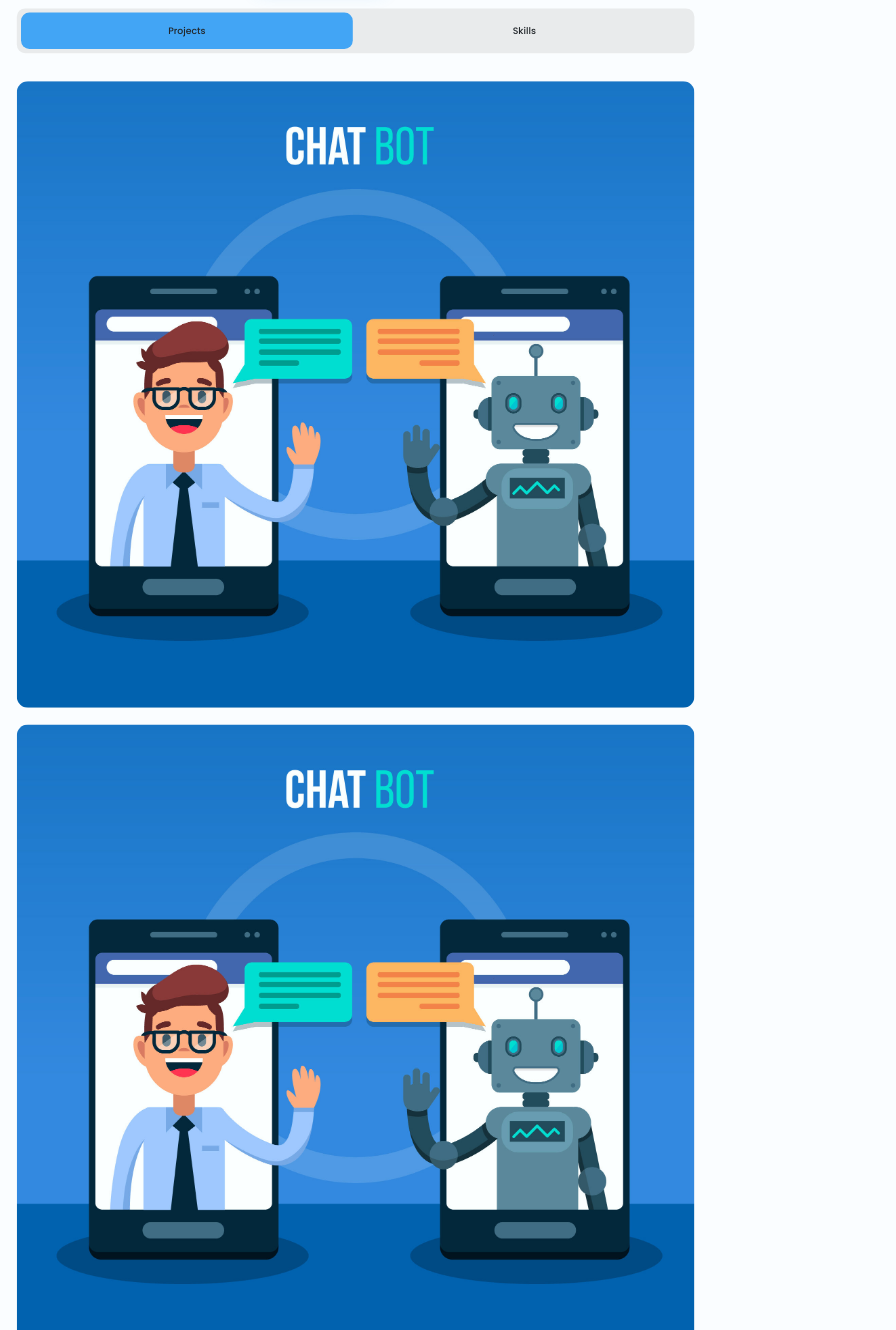
Repository: Kaii-Dev/Porfolio
Page: index.html
The author's editor kept a copy of each file at every save. The page is drawn from the files as they stood at one save, then again after a run of saves.
The browser window is 1280 px wide. The pictures show the part of the page from y = 490 to 2390 px (the page is 4258 px tall), at 70% of full size.
A picture or video elsewhere on the page could not be fetched, so the positions and the page height are approximate. Some web libraries are served in a nearby version.

Above is the page before, as saved 2022-04-12 17:46:14.

### index.html
<!DOCTYPE html>
<html lang="en">
  <head>
    <meta charset="UTF-8" />
    <meta http-equiv="X-UA-Compatible" content="IE=edge" />
    <meta name="viewport" content="width=device-width, initial-scale=1.0" />
    <title>Portfolio</title>
    <link
      href="https://cdn.jsdelivr.net/npm/remixicon@2.2.0/fonts/remixicon.css"
      rel="stylesheet"
    />
    <link rel="stylesheet" href="./Assets/css/app.css" />
  </head>
  <body>
    <!-- HEADER PROFILE -->
    <header class="profile container">
      <div class="profile__container grid">
        <div class="profile__data">
          <div class="profile__border">
            <div class="profile__perfil">
              <img src="./Assets/img/perfil.jpeg" alt="" />
            </div>
          </div>

          <h2 class="profile__name">Khai Le</h2>
          <h3 class="profile__profession">Front-End Developer</h3>
          <ul class="profile__social">
            <a
              href="https://www.linkedin.com/in/le-khai-68b2921b0/"
              target="_blank"
              class="profile__social-link"
            >
              <i class="ri-linkedin-box-line"></i>
            </a>
            <a
              href="https://www.facebook.com/lkakaizy"
              target="_blank"
              class="profile__social-link"
            >
              <i class="ri-facebook-circle-line"></i>
            </a>
            <a
              href="https://github.com/Kaii-Dev"
              target="_blank"
              class="profile__social-link"
            >
              <i class="ri-github-line"></i>
            </a>
          </ul>
        </div>
        <div class="profile__info grid">
          <div class="profile__info group">
            <h3 class="profile__info-number">2</h3>
            <p class="profile__info-description">
              Language <br />
              certification
            </p>
          </div>
          <div class="profile__info group">
            <h3 class="profile__info-number">+10</h3>
            <p class="profile__info-description">
              Completed <br />
              projects
            </p>
          </div>
          <div class="profile__info group">
            <h3 class="profile__info-number">1</h3>
            <p class="profile__info-description">
              University's <br />
              scholarship
            </p>
          </div>
        </div>

        <div class="profile__buttons">
          <!-- insert cv -->
          <a download="" href="./Assets/pdf/" class="button">
            Download CV <i class="ri-download-line"></i>
          </a>

          <div class="profile__buttons-small">
            <!-- insert phone number -->
            <a
              href="tel: 0842454228"
              target="_blank"
              class="button button__small button__gray"
            >
              <i class="ri-phone-line"></i>
            </a>
            <a
              href="https://m.me/lkakaizy"
              target="_blank"
              class="button button__small button__gray"
            >
              <i class="ri-messenger-line"></i>
            </a>
          </div>
        </div>
      </div>
    </header>
    <!-- MAIN -->
    <main class="main">
      <section class="filters container">
        <!-- FILTERS TABS -->
        <ul class="filters__content">
          <button class="filters__button filter-tab-active" data-target="#projects">
            Projects
          </button>
          <button class="filters__button" data-target="#skills">Skills</button>
        </ul>
        <div class="filters__sections">
          <!-- PROJECTS -->
          <div
            class="projects__content grid filters__active"
            data-content
            id="projects"
          >
            <article class="projects__card">
              <img src="./Assets/img/pic1.jpeg" alt="" class="projects__img" />
              <div class="projects__modal">
                <div class="">
                  <span class="projects__subtitle">Web</span>
                  <h3 class="projects__title">Music Player</h3>
                  <a
                    href="https://kaii-dev.github.io/Music-player/"
                    class="projects__button button button__small"
                  >
                    <i class="ri-link"></i>
                  </a>
                </div>
              </div>
            </article>

            <article class="projects__card">
              <img src="./Assets/img/pic1.jpeg" alt="" class="projects__img" />
              <div class="projects__modal">
                <div class="">
                  <span class="projects__subtitle">Web</span>
                  <h3 class="projects__title">Covid ChatBot</h3>
                  <a
                    href="https://kaii-dev.github.io/Covid-ChatBot/"
                    class="projects__button button button__small"
                  >
                    <i class="ri-link"></i>
                  </a>
                </div>
              </div>
            </article>
            <article class="projects__card">
              <img src="./Assets/img/pic1.jpeg" alt="" class="projects__img" />
              <div class="projects__modal">
                <div class="">
                  <span class="projects__subtitle">Web</span>
                  <h3 class="projects__title">To do list</h3>
                  <a
                    href="https://kaii-dev.github.io/TO-DO-LIST/"
                    class="projects__button button button__small"
                  >
                    <i class="ri-link"></i>
                  </a>
                </div>
              </div>
            </article>

            <article class="projects__card">
              <img src="./Assets/img/pic1.jpeg" alt="" class="projects__img" />
              <div class="projects__modal">
                <div class="">
                  <span class="projects__subtitle">Web</span>
                  <h3 class="projects__title">Assets Management</h3>
                  <a href="" class="projects__button button button__small">
                    <i class="ri-link"></i>
                  </a>
                </div>
              </div>
            </article>
          </div>
          <!-- SKILLS -->
          <div class="skills__content grid" data-content id="skills">
            <div class="skills__area">
              <h3 class="skills__title">Frontend Developer</h3>

              <div class="skills__box">
                <div class="skills__group">
                  <div class="skills__data">
                    <i class="ri-checkbox-circle-line"></i>

                    <div>
                      <h3 class="skills__name">HTML</h3>
                      <span class="skills__level"></span>
                    </div>
                  </div>

                  <div class="skills__data">
                    <i class="ri-checkbox-circle-line"></i>

                    <div>
                      <h3 class="skills__name">CSS</h3>
                      <span class="skills__level"></span>
                    </div>
                  </div>

                  <div class="skills__data">
                    <i class="ri-checkbox-circle-line"></i>

                    <div>
                      <h3 class="skills__name">JavaScript</h3>
                      <span class="skills__level"></span>
                    </div>
                  </div>
                </div>

                <div class="skills__group">
                  <div class="skills__data">
                    <i class="ri-checkbox-circle-line"></i>

                    <div>
                      <h3 class="skills__name">React</h3>
                      <span class="skills__level"></span>
                    </div>
                  </div>

                  <div class="skills__data">
                    <i class="ri-checkbox-circle-line"></i>

                    <div>
                      <h3 class="skills__name">Bootstrap</h3>
                      <span class="skills__level"></span>
                    </div>
                  </div>

                  <div class="skills__data">
                    <i class="ri-checkbox-circle-line"></i>

                    <div>
                      <h3 class="skills__name">Git</h3>
                      <span class="skills__level"></span>
                    </div>
                  </div>
                </div>
              </div>
            </div>

            <div class="skills__area">
              <h3 class="skills__title">Backend Developer</h3>

              <div class="skills__box">
                <div class="skills__group">
                  <div class="skills__data">
                    <i class="ri-checkbox-circle-line"></i>

                    <div>
                      <h3 class="skills__name">PHP</h3>
                      <span class="skills__level"></span>
                    </div>
                  </div>

                  <div class="skills__data">
                    <i class="ri-checkbox-circle-line"></i>

                    <div>
                      <h3 class="skills__name">MySQL</h3>
                      <span class="skills__level"></span>
                    </div>
                  </div>
                </div>

                <div class="skills__group">
                  <div class="skills__data">
                    <i class="ri-checkbox-circle-line"></i>

                    <div>
                      <h3 class="skills__name">C#</h3>
                      <span class="skills__level"></span>
                    </div>
                  </div>

                  <div class="skills__data">
                    <i class="ri-checkbox-circle-line"></i>

                    <div>
                      <h3 class="skills__name">Node Js</h3>
                      <span class="skills__level"></span>
                    </div>
                  </div>
                </div>
              </div>
            </div>
          </div>
        </div>
      </section>
    </main>
    <!-- FOOTER -->
    <footer class="footer container"></footer>
    <!-- SCROLL REVEAL -->
    <script src="./Assets/js/app.js"></script>
  </body>
</html>

### Assets/css/app.css
/* GOOGLE FONT */
@import url("https://fonts.googleapis.com/css2?family=Poppins:wght@400;500;600&display=swap");
/* VAR CSS */
:root {
  --hue: 207;
  --sat: 90%;
  --lig: 61%;

  --first-color: hsl(var(--hue), var(--sat), var(--lig));
  --first-color-alt: hsl(var(--hue), var(--sat), 57%);
  --title-color: hsl(var(--hue), 12%, 15%);
  --text-color: hsl(var(--hue), 12%, 45%);
  --text-color-light: hsl(var(--hue), 8%, 75%);
  --text-color-lighten: hsl(var(--hue), 8%, 92%);
  --body-color: hsl(var(--hue), 100%, 99%);
  --container-color: #fff;
  /* font and typography */
  --body-font: "Poppins", sans-serif;
  --h2-font-size: 1.25rem;
  --h3-font-size: 1rem;
  --normal-font-size: 0.938rem;
  --small-font-size: 0.813rem;
  --smaller-font-size: 0.75rem;
}

/* responsive  */
@media screen and (min-width: 986px) {
  :root {
    --h2-font-size: 1.5rem;
    --h3-font-size: 1.25rem;
    --normal-font-size: 1rem;
    --small-font-size: 0.875rem;
    --smaller-font-size: 0.813rem;
  }
}
/*  CSS */
*,
*::before,
*::after {
  box-sizing: border-box;
}
* {
  margin: 0;
}

* {
  box-sizing: border-box;
  padding: 0;
  margin: 0;
}

body {
  font-family: var(--body-font);
  font-size: var(--normal-font-size);
  background-color: var(--body-color);
  color: var(--text-color);
  transition: 0.3s; /* For animation dark mode */
}

h1,
h2,
h3 {
  color: var(--title-color);
  font-weight: 600;
}

ul {
  list-style: none;
}

a {
  text-decoration: none;
}

img {
  max-width: 100%;
  height: auto;
}

/* REUSEBALE CSS */

.container {
  max-width: 968px;
  margin-left: 1.5rem;
  margin-right: 1.5rem;
}
.grid {
  display: grid;
  gap: 1.5rem;
}

/* PROFILE */
.profile {
  position: relative;
  padding-top: 3.5rem;
}

.profile__container {
  row-gap: 2rem;
}

.profile__data {
  display: grid;
  text-align: center;
}

.profile__perfil {
  width: 100px;
  height: 100px;
  background: linear-gradient(
    180deg,
    hsla(var(--hue), var(--sat), var(--lig), 1) 0%,
    hsla(var(--hue), var(--sat), var(--lig), 0.2) 100%
  );
  border-radius: 50%;
  overflow: hidden;
  display: flex;
  align-items: flex-end;
  justify-content: center;
}

.profile__perfil img {
  width: 75px;
}

.profile__border {
  border: 3.5px solid var(--first-color);
  justify-self: center;
  border-radius: 50%;
  display: grid;
  place-items: center;
  margin-bottom: 0.75rem;
}

.profile__name {
  font-size: var(--h2-font-size);
}
.profile__profession {
  font-size: var(--smaller-font-size);
  font-weight: 500;
  color: var(--text-color);
  margin-bottom: 1rem;
}

.profile__social {
  display: flex;
  justify-content: center;
  column-gap: 0.75rem;
  padding: 0 0 0 0px;
}

.profile__social-link {
  font-size: 1.25rem;
  color: var(--title-color);
  transition: 0.3s;
}
.profile__social-link:hover {
  color: var(--first-color);
}

.profile__info {
  grid-template-columns: repeat(3, max-content);
  justify-content: center;
  column-gap: 2.5rem;
}

.profile__info-group {
  font-size: var(--normal-font-size);
  margin-bottom: 0.25rem;
}

.profile__info-description {
  font-size: var(--smaller-font-size);
  font-weight: 500;
}
.profile__buttons,
.profile__buttons-small {
  display: flex;
  align-items: center;
  justify-content: center;
}

.profile__buttons {
  column-gap: 1rem;
}
.profile__buttons-small {
  column-gap: 0.25rem;
}
/* BUTTONS */

.button {
  display: inline-flex;
  align-items: center;
  column-gap: 0.5rem;
  background-color: var(--first-color);
  color: #fff;
  padding: 1.15rem 1.5rem;
  border-radius: 0.5rem;
  transition: 0.3s;
  box-shadow: 0 8px 24px hsla(var(--hue), var(--sat), var(--lig), 0.25);
}

.button:hover {
  background-color: var(--first-color-alt);
}

.button__small {
  padding: 0.75rem;
  box-shadow: none;
}

.button__gray {
  background-color: var(--text-color-lighten);
  color: var(--title-color);
}

.button__gray:hover {
  background-color: var(--text-color-ligh);
  color: var(--title-color);
}

/* FILTERS TABS */
.filters__content {
  margin: 2rem 0 2.5rem;
  background-color: var(--text-color-lighten);
  padding: 0.375rem;
  border-radius: 0.75rem;
  display: flex;
  justify-content: space-between;
  column-gap: 0.5rem;
}

.filters__button {
  width: 100%;
  border: none;
  outline: none;
  padding: 1rem;
  color: var(--title-color);
  font-family: var(--body-font);
  font-weight: 500;
  border-radius: 0.75rem;
  cursor: pointer;
  background-color: transparent;
  transition: 0.3s;
}

.filters__button:hover {
  background-color: var(--body-color);
}

/* PROJECTS  */
.projects__card {
  position: relative;
  border-radius: 1rem;
  overflow: hidden;
}

.projects__card img {
  width: 100%;
  height: 100%;
}

.projects__modal {
  position: absolute;
  width: 100%;
  height: 100%;
  bottom: -100%;
  left: 0;
  background: linear-gradient(
    180deg,
    hsla(var(--hue), 24%, 40%, 0.3) 0%,
    hsla(var(--hue), 24%, 4%, 1) 95%
  );
  display: grid;
  align-items: flex-end;
  padding: 1.5rem 1.25rem;
  transition: 0.3s;
}

.projects__subtitle,
.projects__title {
  color: #fff;
}

.projects__subtitle {
  font-size: var(--smaller-font-size);
}

.projects__title {
  font-size: var(--h3-font-size);
  margin-bottom: 0.75rem;
}

.projects__button {
  padding: 0.5rem;
}

.projects__card:hover .projects__modal {
  bottom: 0;
}

/* SKILLS */

.skills__content {
  row-gap: 3.5rem;
}

.skills__title {
  font-size: var(--h3-font-size);
  text-align: center;
  margin-bottom: 1.5rem;
}

.skills__box {
  display: flex;
  justify-content: center;
  column-gap: 3rem;
}

.skills__group {
  display: grid;
  align-content: flex-start;
  row-gap: 1rem;
}

.skills__data {
  display: flex;
  column-gap: 0.5rem;
}

.skills__data i {
  font-size: 1rem;
  color: var(--first-color);
}

.skills__name {
  font-size: var(--normal-font-size);
  font-weight: 500;
  line-height: 18px;
}

/* hide an show project skill */
.filters [data-content] {
  display: none;
}
.filters__active[data-content] {
  display: grid;
}

.filter-tab-active{
   background-color: var(--first-color);
}

### Assets/js/app.js
/*=============== FILTERS TABS ===============*/
const tabs = document.querySelectorAll("[data-target]"),
  tabContents = document.querySelectorAll("[data-content]");

tabs.forEach((tab) => {
  tab.addEventListener("click", () => {
    const target = document.querySelector(tab.dataset.target);

    tabContents.forEach((tc) => {
      tc.classList.remove("filters__active");
    });
    target.classList.add("filters__active");

    tabs.forEach((t) => {
      t.classList.remove("filter-tab-active");
    });
    tab.classList.add("filter-tab-active");
  });
});

After the next 2 saves:
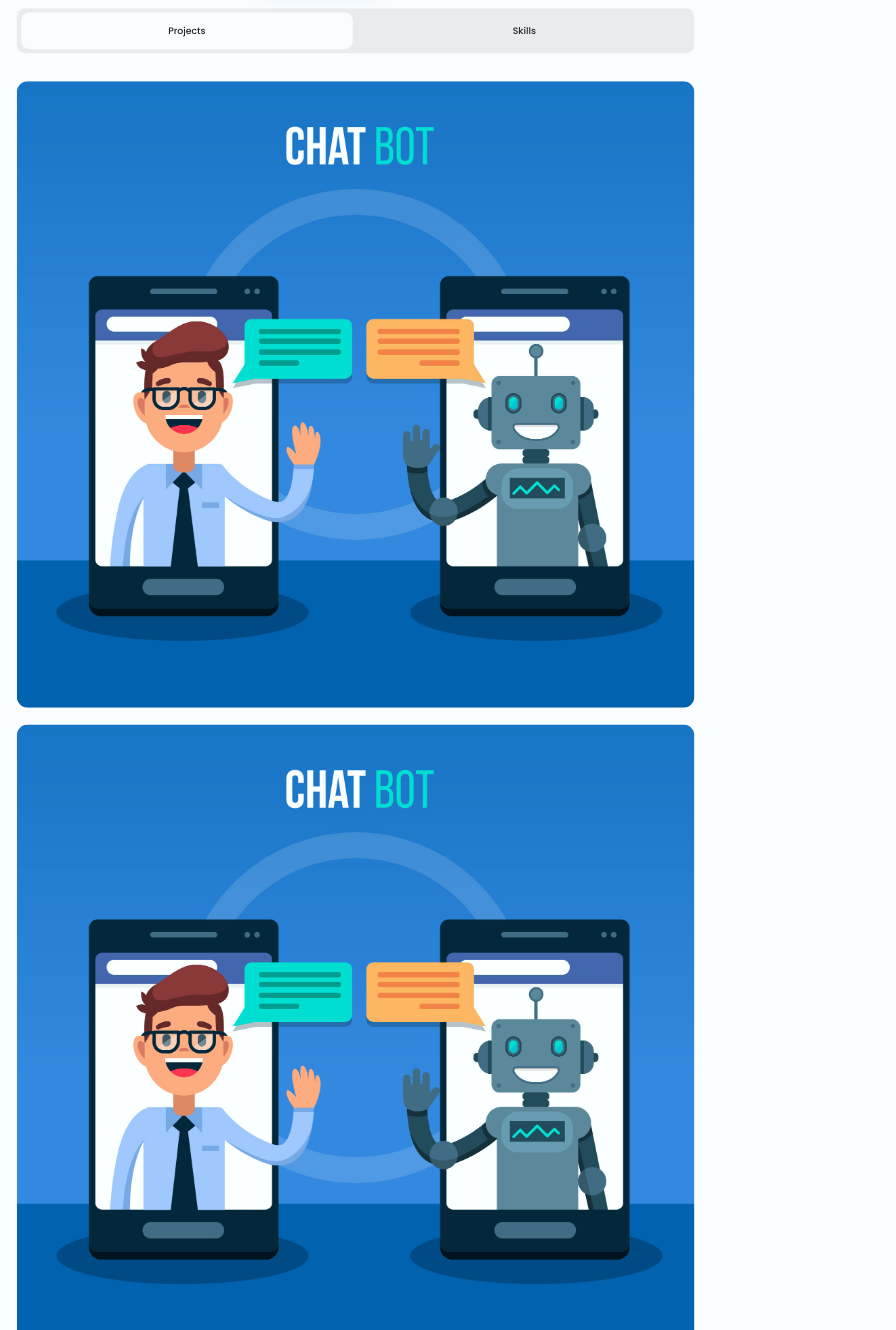
The 2 saves are shown as one change because they came seconds apart.
The last was saved 8 s later.
--- a/Assets/css/app.css
+++ b/Assets/css/app.css
@@ -347,6 +347,6 @@ img {
   display: grid;
 }
 
-.filter-tab-active{
-   background-color: var(--first-color);
-}
+.filter-tab-active {
+  background-color: var(--body-color);
+}
